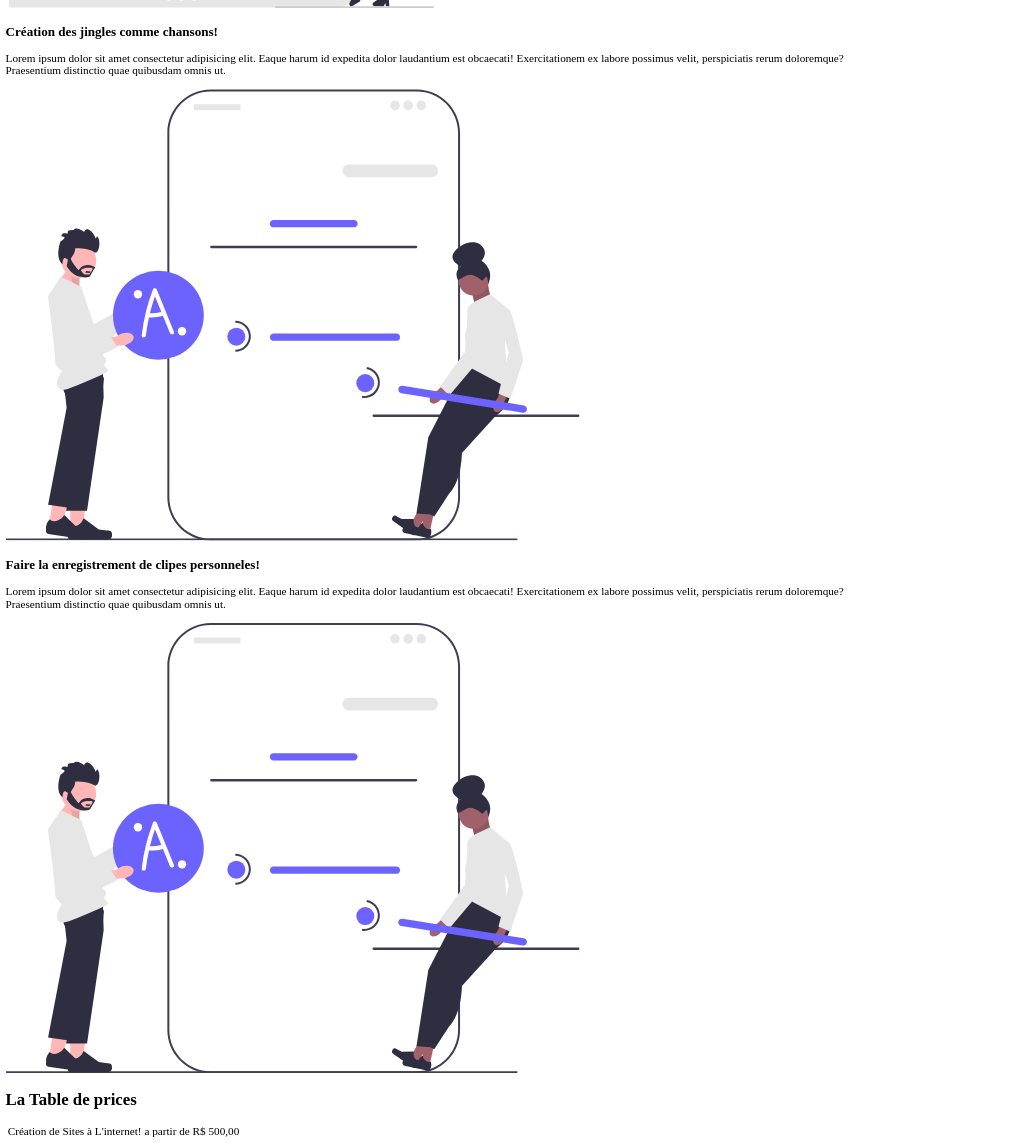
Repository: MarcioFreitasUFSC21/Proejct00
Page: ExampleSite/Assets/index2.html
An editor plug-in stored every save of this project. The page is shown before and after a run of saves, followed by the edit.
The browser window is 1280 px wide. The page is 1464 px wide, so the pictures cover 1464 px, including what lies to the right of the window. The pictures show the part of the page from y = 1876 to 3556 px (the page is 3512 px tall before and 3556 px after), at 70% of full size.

Above is the page before, as saved 2023-03-18 17:57:35.

### ExampleSite/Assets/index2.html
<!DOCTYPE html>
<html lang="pt-br">
<head>
    <meta charset="UTF-8">
    <meta http-equiv="X-UA-Compatible" content="IE=edge">
    <meta name="viewport" content="width=device-width, initial-scale=1.0">
    <title>The first page</title>
</head>
<body>
    <section>
        <div>
            <h1><a href="#">LOGO </a></h1>
            <nav>
                <ul>
                    <li><a href="#">Home</a></li>
                    <li><a href="#"> Introdução</a></li>
                    <li><a href="#"> Serviços</a></li>
                    <li><a href="#"> Tabela de preços</a></li>
                    <li><a href="#"> Contatos</a></li>
                </ul>
            </nav>
        </div>
    </section>
    <section>
        <div>
            <h2> Dans la crise, create!</h2>
            <p>Lorem ipsum dolor sit amet, consectetur adipisicing elit, sed do eiusmod tempor incididunt ut labore et dolore magna aliqua. Ut enim ad minim veniam, quis nostrud exercitation ullamco laboris nisi ut aliquip ex ea commodo consequat. Duis aute irure dolor in reprehenderit in voluptate velit esse cillum dolore eu fugiat nulla pariatur. Excepteur sint occaecat cupidatat non proident, sunt in culpa qui officia deserunt mollit anim id est laborum.</p>
        </div>
        <div>
            <img src="Assets/img2/lesson.jpg">
        </div>
    </section>
    <section>
        <div>
            <h2>Les Services</h2>
            <p> Nos Services sont: </p>
        </div>
        <div>
            <article>
                <h3>Création des sites à L'internet!</h3>
                <p> Lorem ipsum dolor sit amet consectetur adipisicing elit. Eaque harum id expedita dolor laudantium est obcaecati! Exercitationem ex labore possimus velit, perspiciatis rerum doloremque? Praesentium distinctio quae quibusdam omnis ut.</p>
                <div>
                    <img src="Assets/img2/site.svg">
                </div>
            </article>
            <article>
                <h3>Création des jingles comme chansons!</h3>
                <p> Lorem ipsum dolor sit amet consectetur adipisicing elit. Eaque harum id expedita dolor laudantium est obcaecati! Exercitationem ex labore possimus velit, perspiciatis rerum doloremque? Praesentium distinctio quae quibusdam omnis ut.</p>
                <div>
                    <img src="Assets/img2/jingle.svg">
                </div>
            </article>
            <article>
                <h3>Faire la enregistrement de clipes personneles!</h3>
                <p> Lorem ipsum dolor sit amet consectetur adipisicing elit. Eaque harum id expedita dolor laudantium est obcaecati! Exercitationem ex labore possimus velit, perspiciatis rerum doloremque? Praesentium distinctio quae quibusdam omnis ut.</p>
                <div>
                    <img src="Assets/img2/jingle.svg">
                </div>
            </article>
        </div>
    </section>
    <section>
        <div>
            <h2> La Table de prices</h2>
            <table>
                <thead>

                </thead>
                <tbody>
                    <tr>
                        <td> Création de Sites à L'internet! </td>
                        <td> a partir de R$ 500,00 </td>
                    </tr>
                </tbody>
            </table>
        </div>
    </section>
</body>
</html>

After the next 4 saves:
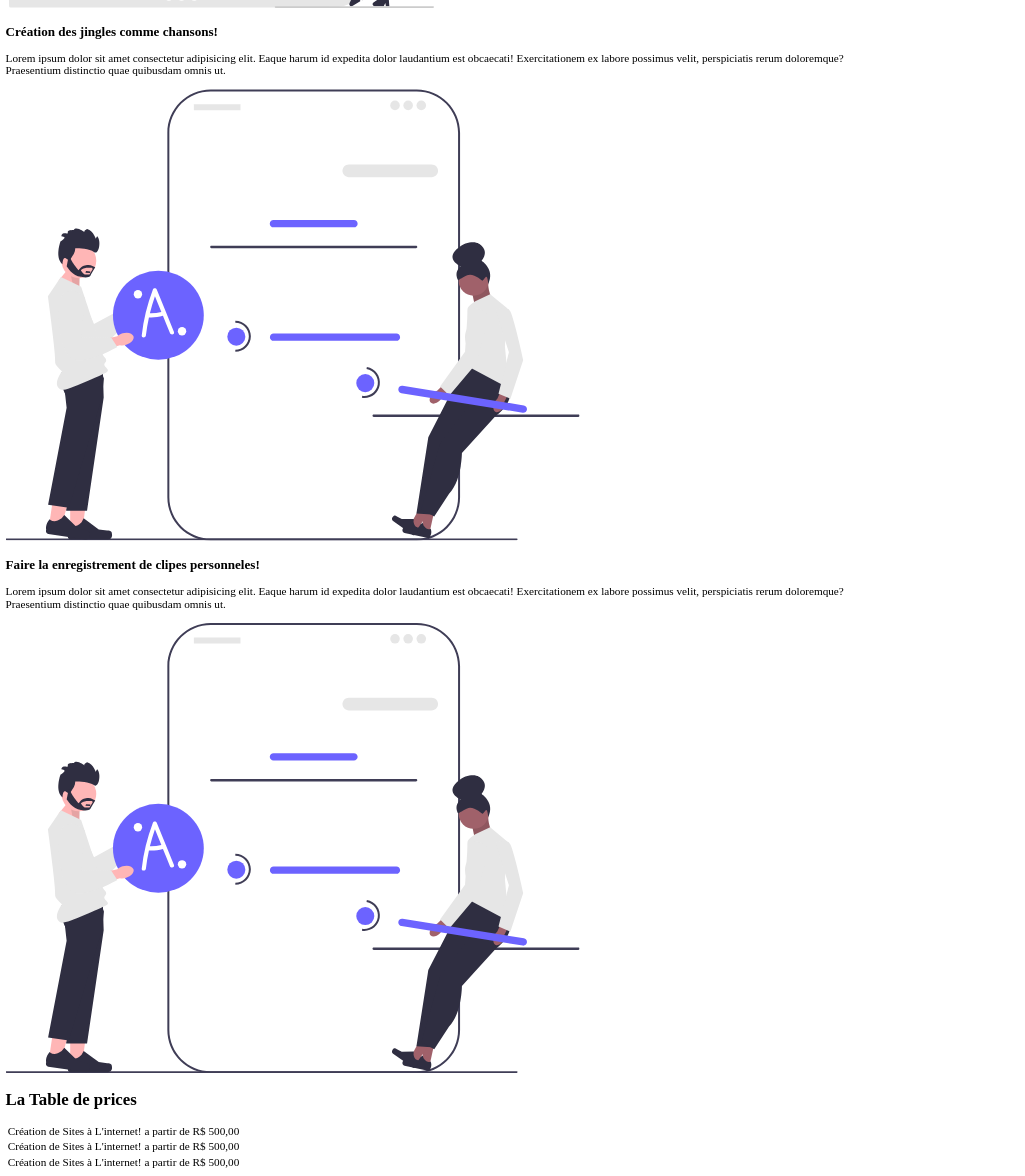
The 4 saves are shown as one change because they came seconds apart.
The last was saved 24 s later.
--- a/ExampleSite/Assets/index2.html
+++ b/ExampleSite/Assets/index2.html
@@ -71,6 +71,14 @@
                         <td> Création de Sites à L'internet! </td>
                         <td> a partir de R$ 500,00 </td>
                     </tr>
+                    <tr>
+                        <td> Création de Sites à L'internet! </td>
+                        <td> a partir de R$ 500,00 </td>
+                    </tr>
+                    <tr>
+                        <td> Création de Sites à L'internet! </td>
+                        <td> a partir de R$ 500,00 </td>
+                    </tr>
                 </tbody>
             </table>
         </div>
